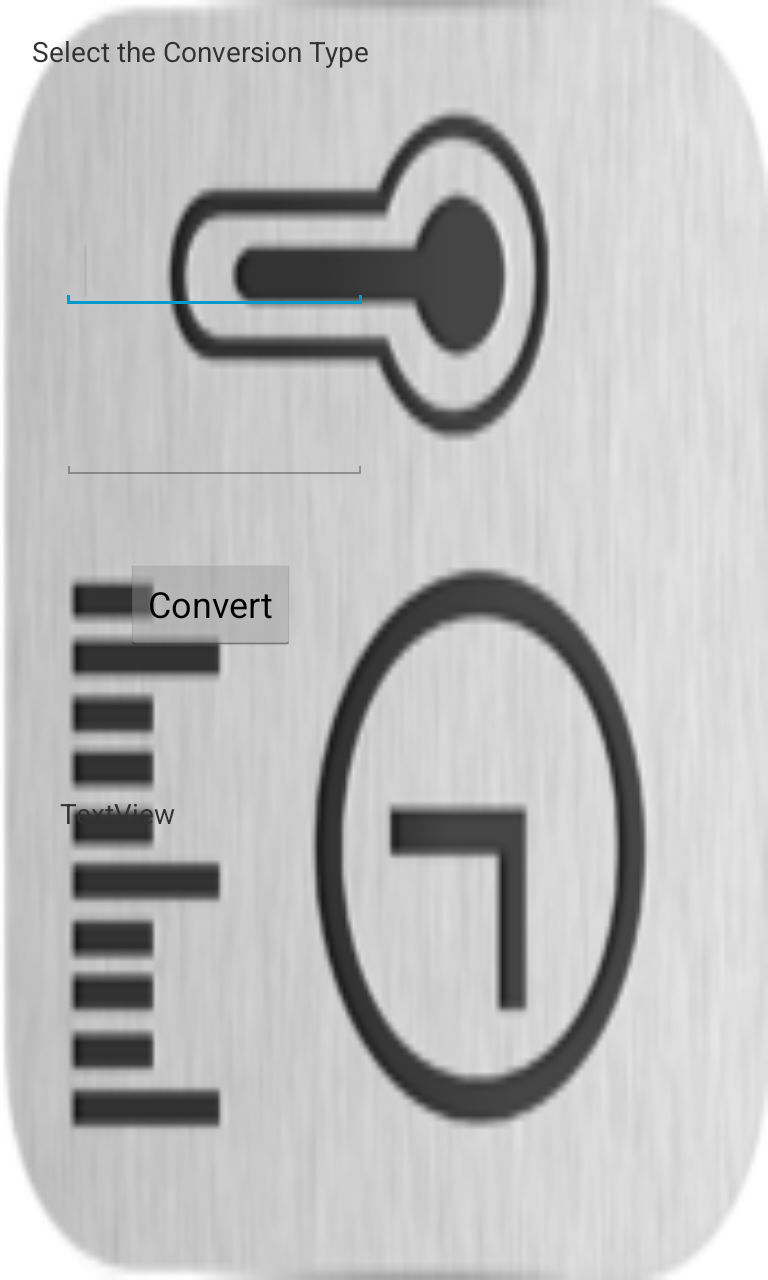
Repository: Shruthi06/designed-droid
Layout: conversion_assignment/res/layout/activity_main.xml
An editor plug-in stored every save of this project. The layout is shown before and after the next save, followed by the edit.
It is drawn on a 768 x 1280 px phone screen (xhdpi) without system bars, with theme AppTheme; the app's code is not run. Lists and similar views that code fills are empty.

Above is the layout before, as saved 2016-02-04 19:18:42.

### conversion_assignment/res/layout/activity_main.xml
<RelativeLayout xmlns:android="http://schemas.android.com/apk/res/android"
    xmlns:tools="http://schemas.android.com/tools"
    android:layout_width="match_parent"
    android:layout_height="match_parent"
    android:background="@drawable/conversion2"
    android:paddingBottom="@dimen/activity_vertical_margin"
    android:paddingLeft="@dimen/activity_horizontal_margin"
    android:paddingRight="@dimen/activity_horizontal_margin"
    android:paddingTop="@dimen/activity_vertical_margin"
    tools:context=".MainActivity" >

    <EditText
        android:id="@+id/editTextvalue1"
        android:layout_width="wrap_content"
        android:layout_height="wrap_content"
        android:layout_alignLeft="@+id/textView1"
        android:layout_alignRight="@+id/textView1"
        android:layout_below="@+id/textView1"
        android:layout_marginLeft="14dp"
        android:layout_marginTop="50dp"
        android:ems="10" >

        <requestFocus />
    </EditText>

    <EditText
        android:id="@+id/editTextvalue2"
        android:layout_width="wrap_content"
        android:layout_height="wrap_content"
        android:layout_alignLeft="@+id/editTextvalue1"
        android:layout_alignRight="@+id/editTextvalue1"
        android:layout_below="@+id/editTextvalue1"
        android:layout_marginTop="46dp"
        android:ems="10" />

    <TextView
        android:id="@+id/textView1"
        android:layout_width="wrap_content"
        android:layout_height="50dp"
        android:layout_alignParentLeft="true"
        android:layout_alignParentTop="true"
        android:text="Select the Conversion Type" />

    <ListView
        android:id="@+id/listViewconversiontype"
        android:layout_width="100dp"
        android:layout_height="350dp"
        android:layout_alignParentRight="true"
        android:layout_alignParentTop="true" >
    </ListView>

    <Button
        android:id="@+id/buttonconvert"
        android:layout_width="wrap_content"
        android:layout_height="wrap_content"
        android:layout_alignBottom="@+id/listViewconversiontype"
        android:layout_alignLeft="@+id/editTextvalue2"
        android:layout_marginBottom="40dp"
        android:layout_marginLeft="32dp"
        android:text="Convert" />

    <TextView
        android:id="@+id/result_textview"
        android:layout_width="wrap_content"
        android:layout_height="30dp"
        android:layout_alignLeft="@+id/editTextvalue2"
        android:layout_alignRight="@+id/editTextvalue2"
        android:layout_below="@+id/buttonconvert"
        android:layout_marginTop="31dp"
        android:text="TextView" />

</RelativeLayout>

Loaded but not shown: conversion_assignment/res/values/styles.xml (common file); conversion_assignment/res/values-v11/styles.xml (common file); conversion_assignment/res/values-v14/styles.xml (common file); conversion_assignment/res/values/dimens.xml (common file)

After the next save:
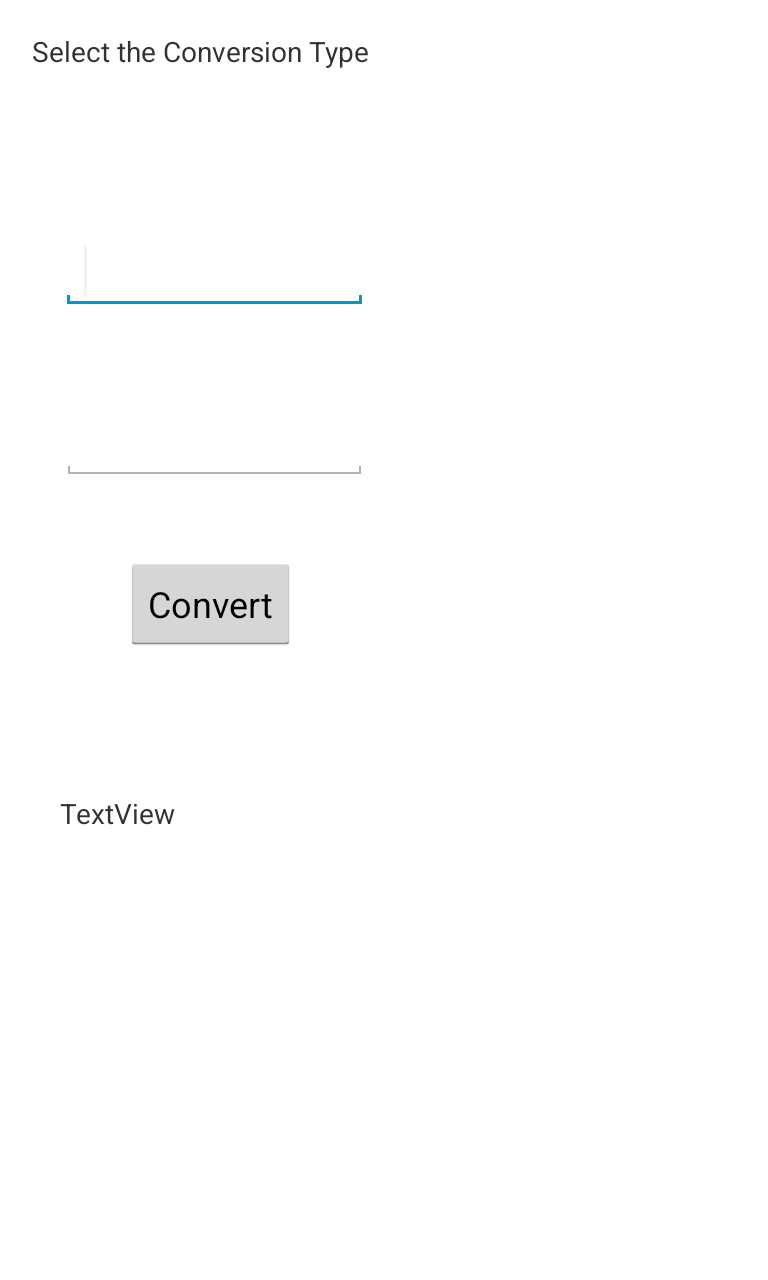
Saved 16 min 10 s later.
--- a/conversion_assignment/res/layout/activity_main.xml
+++ b/conversion_assignment/res/layout/activity_main.xml
@@ -2,7 +2,7 @@
     xmlns:tools="http://schemas.android.com/tools"
     android:layout_width="match_parent"
     android:layout_height="match_parent"
-    android:background="@drawable/conversion2"
+    android:background="@drawable/758140_larger"
     android:paddingBottom="@dimen/activity_vertical_margin"
     android:paddingLeft="@dimen/activity_horizontal_margin"
     android:paddingRight="@dimen/activity_horizontal_margin"

After the save that followed:
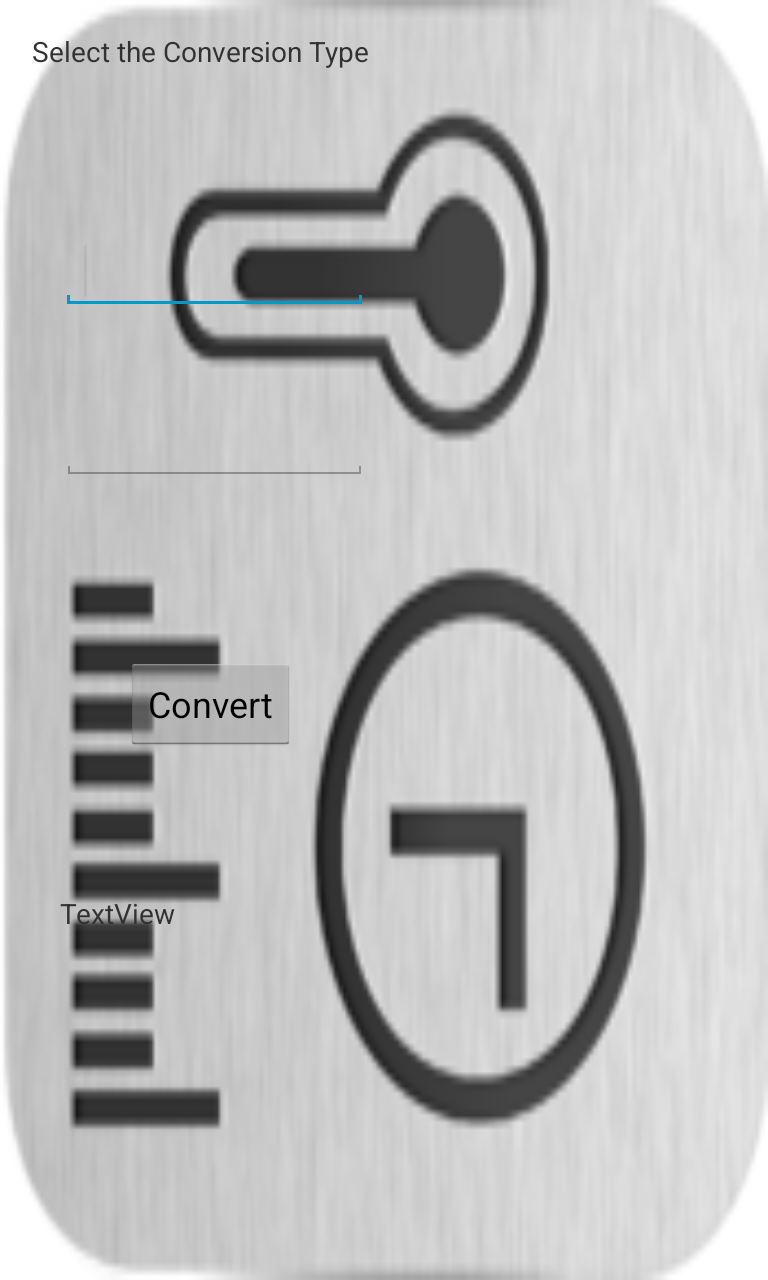
Saved 43 s later.
--- a/conversion_assignment/res/layout/activity_main.xml
+++ b/conversion_assignment/res/layout/activity_main.xml
@@ -2,7 +2,7 @@
     xmlns:tools="http://schemas.android.com/tools"
     android:layout_width="match_parent"
     android:layout_height="match_parent"
-    android:background="@drawable/758140_larger"
+    android:background="@drawable/conversion2"
     android:paddingBottom="@dimen/activity_vertical_margin"
     android:paddingLeft="@dimen/activity_horizontal_margin"
     android:paddingRight="@dimen/activity_horizontal_margin"
@@ -43,8 +43,8 @@
 
     <ListView
         android:id="@+id/listViewconversiontype"
-        android:layout_width="100dp"
-        android:layout_height="350dp"
+        android:layout_width="150dp"
+        android:layout_height="400dp"
         android:layout_alignParentRight="true"
         android:layout_alignParentTop="true" >
     </ListView>
